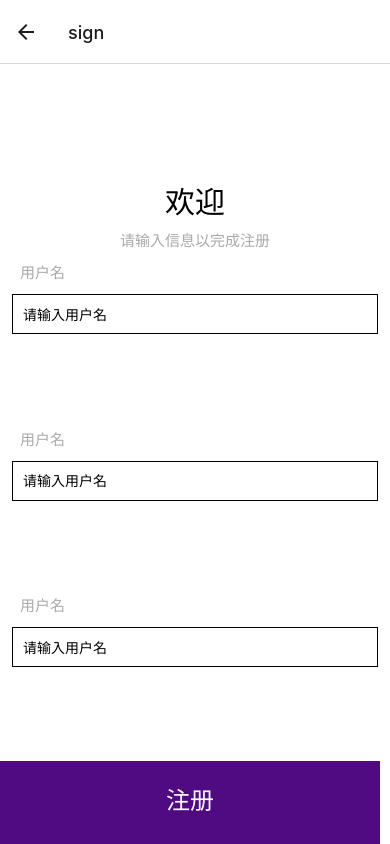
Repository: eyebone/barManager
Page: /sign
These files come from the project's save history. The page is drawn as it stood at one moment and after a run of saves; the edit follows.
The browser window is 390 px wide. The pictures show the whole page.
The app was drawn by React Native's web renderer in a window 390 px wide. The project was rebuilt for these pictures with package versions that can differ from the ones it lists, and the page was loaded fresh each time. Some packages were replaced by stand-ins written for this rebuild. Also part of the build but not shown: components/EmojiPicker.js, components/Button.js, components/ImageViewer.js, components/circleButton.js, components/IconButton.js, view/ViewOne.js.

Above is the page before, as saved 2023-06-26 10:19:29.

After the next 3 saves:
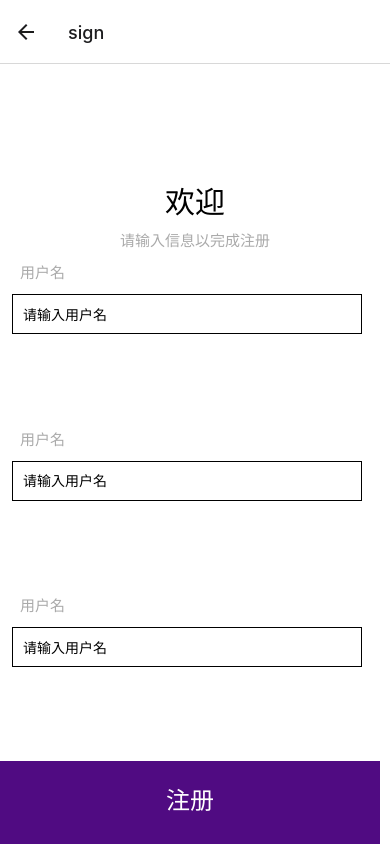
The 3 saves are shown as one change because they came seconds apart.
The last was saved 39 s later.
--- a/view/Sign.js
+++ b/view/Sign.js
@@ -115,5 +115,6 @@ const styles = StyleSheet.create({
     margin: 12,
     borderWidth: 1,
     padding: 10,
+    width: 350,
   },
 });
